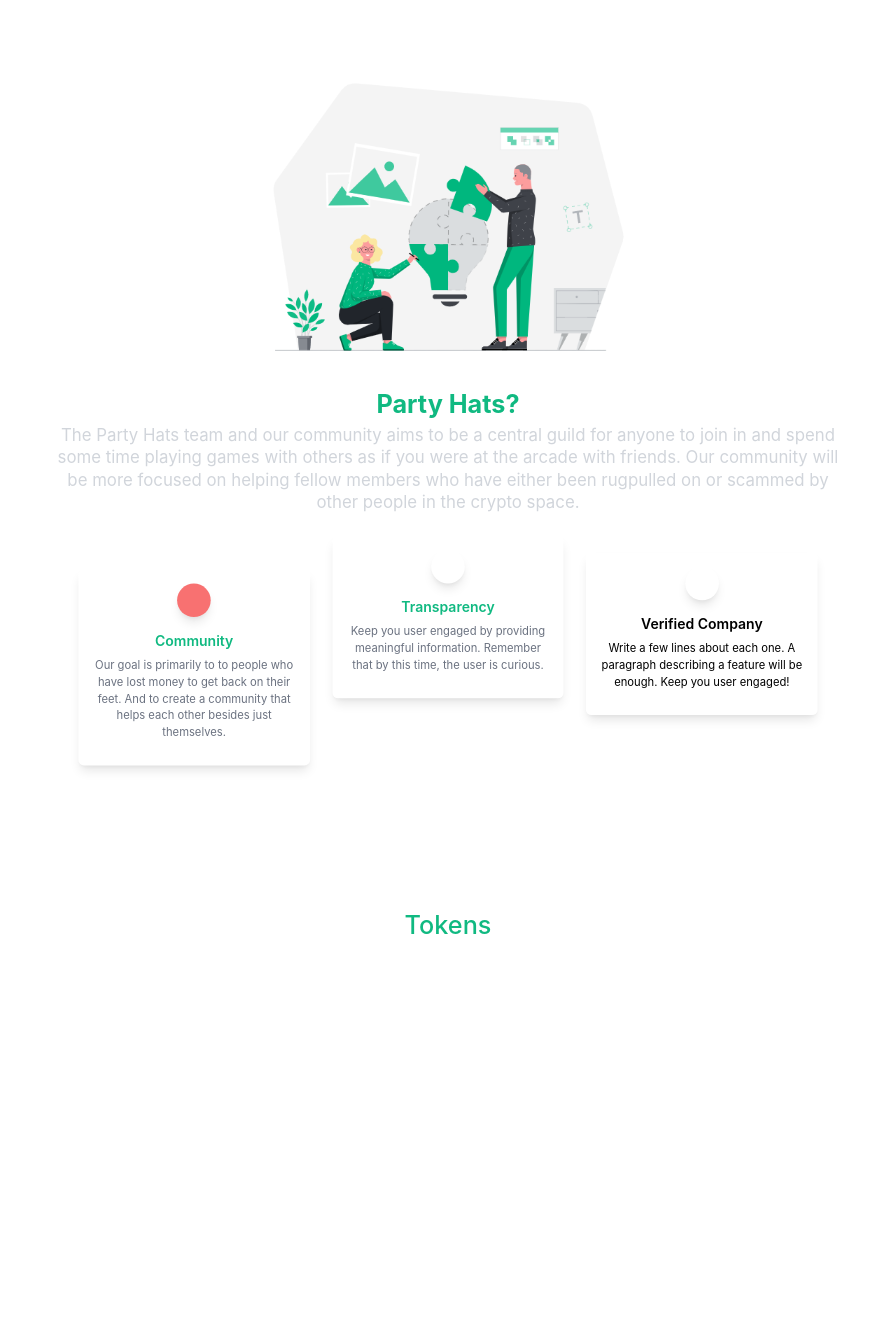
Repository: rhinorphan/phat-landing-page
Page: /
An editor plug-in stored every save of this project. The page is shown before and after the next save, followed by the edit.
The browser window is 1280 px wide. The pictures show the part of the page from y = 812 to 2732 px (the page is 4016 px tall), at 70% of full size.
The project was rebuilt for these pictures with package versions that can differ from the ones it lists, and the page was loaded fresh each time. Also part of the build but not shown: craco.config.js.

Above is the page before, as saved 2021-11-17 17:40:00.

After the next save:
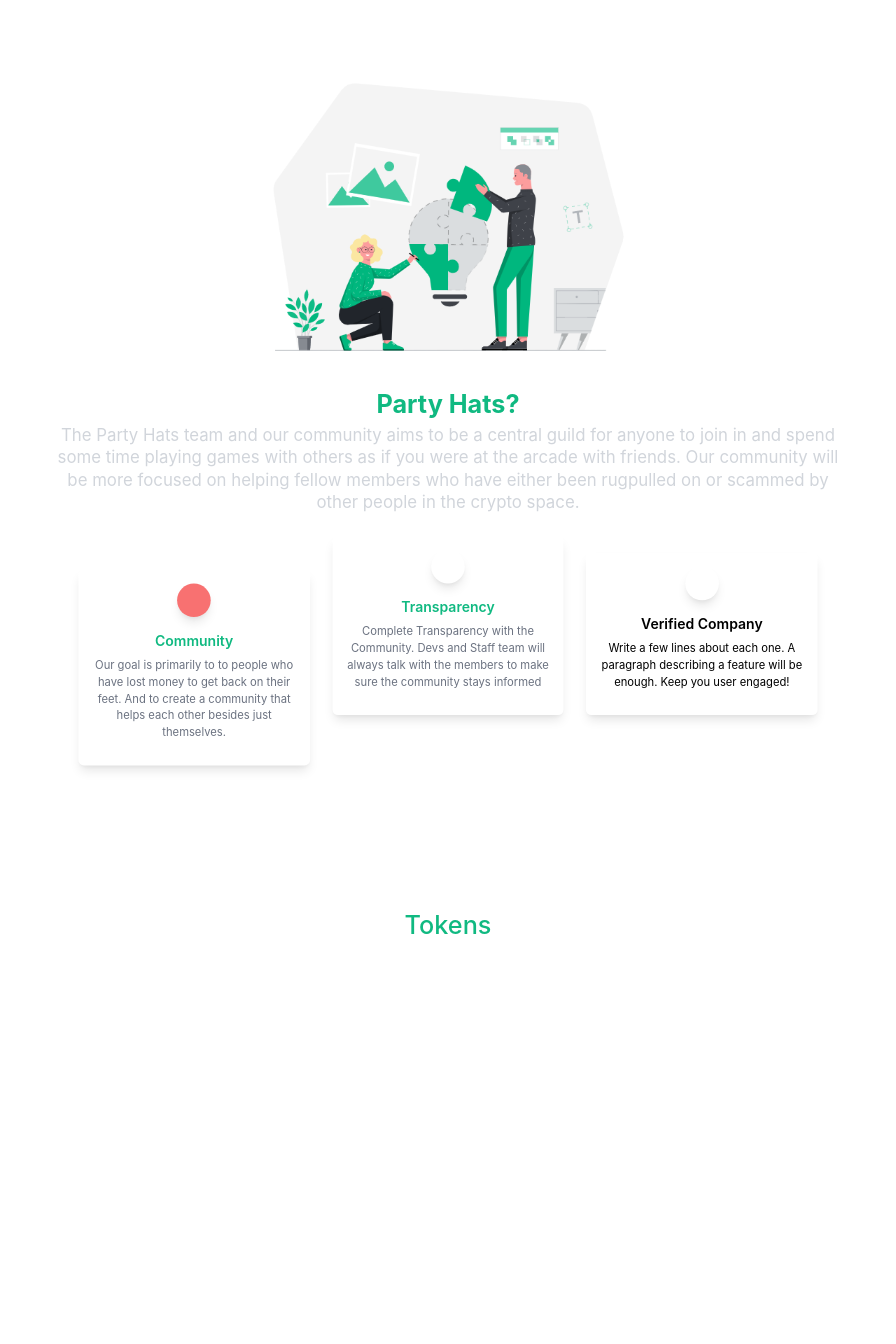
Saved 42 s later.
--- a/src/components/Community.js
+++ b/src/components/Community.js
@@ -37,8 +37,8 @@ function Community() {
                   </div>
                   <h6 class="text-xl font-semibold text-green-500">Transparency</h6>
                   <p class="mt-2 mb-4 text-gray-500">
-                    Keep you user engaged by providing meaningful information.
-                    Remember that by this time, the user is curious.
+                  Complete Transparency with the Community.
+                  Devs and Staff team will always talk with the members to make sure the community stays informed
                   </p>
                 </div>
               </div>
